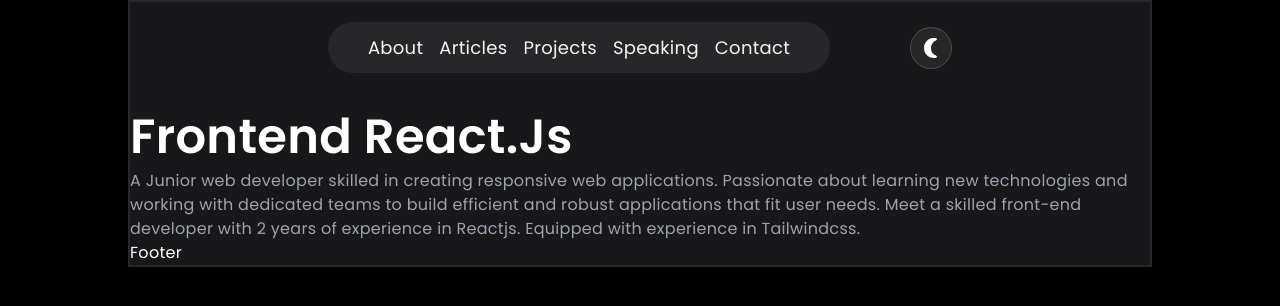
Repository: Wafaabahgat/Portfolio
Page: /
The author's editor kept a copy of each file at every save. The page is drawn from the files as they stood at one save, then again after a run of saves.
The browser window is 1280 px wide. The pictures show the whole page.
The project was rebuilt for these pictures with package versions that can differ from the ones it lists, and the page was loaded fresh each time. Also part of the build but not shown: vite.config.ts, src/App.css, src/ErrorPage.tsx.

Above is the page before, as saved 2023-12-08 03:10:59.

After the next 2 saves:
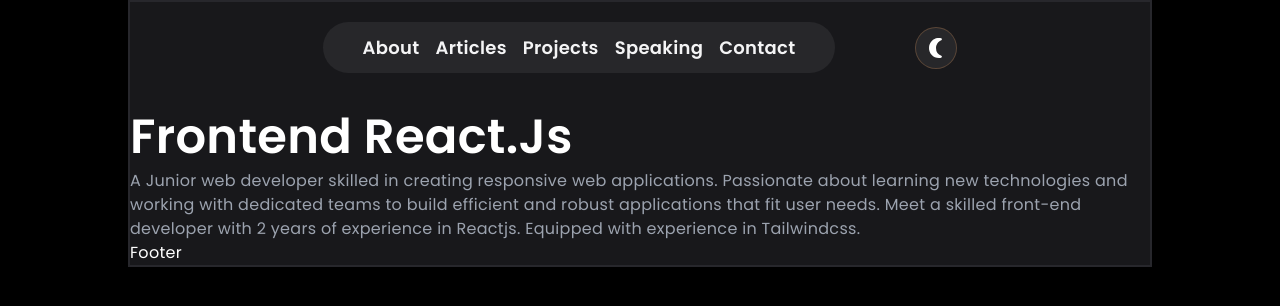
The 2 saves are shown as one change because they came seconds apart.
The last was saved 8 s later.
--- a/src/components/layouts/Header.tsx
+++ b/src/components/layouts/Header.tsx
@@ -40,7 +40,7 @@
               {links?.map((e, i) => (
                 <li
                   key={i}
-                  className="capitalize text-main-title md:text-[18px] text-[14px] mx-auto hover:text-main-light hover:text-[20px]"
+                  className="capitalize text-main-title font-semibold md:text-[18px] text-[14px] mx-auto hover:text-main-light hover:text-[20px]"
                 >
                   <a href={e?.href}>{e?.name}</a>
                 </li>

After the save that followed:
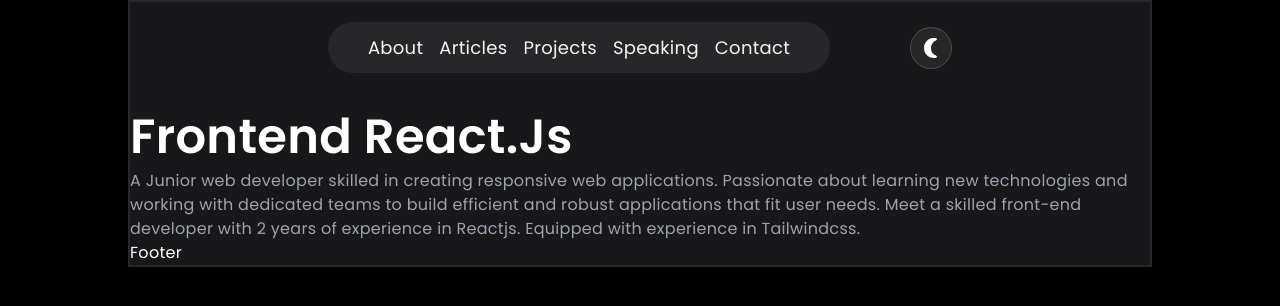
Saved 7 s later.
--- a/src/components/layouts/Header.tsx
+++ b/src/components/layouts/Header.tsx
@@ -40,7 +40,7 @@
               {links?.map((e, i) => (
                 <li
                   key={i}
-                  className="capitalize text-main-title font-semibold md:text-[18px] text-[14px] mx-auto hover:text-main-light hover:text-[20px]"
+                  className="capitalize text-main-title md:text-[18px] text-[14px] mx-auto hover:text-main-light hover:text-[20px]"
                 >
                   <a href={e?.href}>{e?.name}</a>
                 </li>
